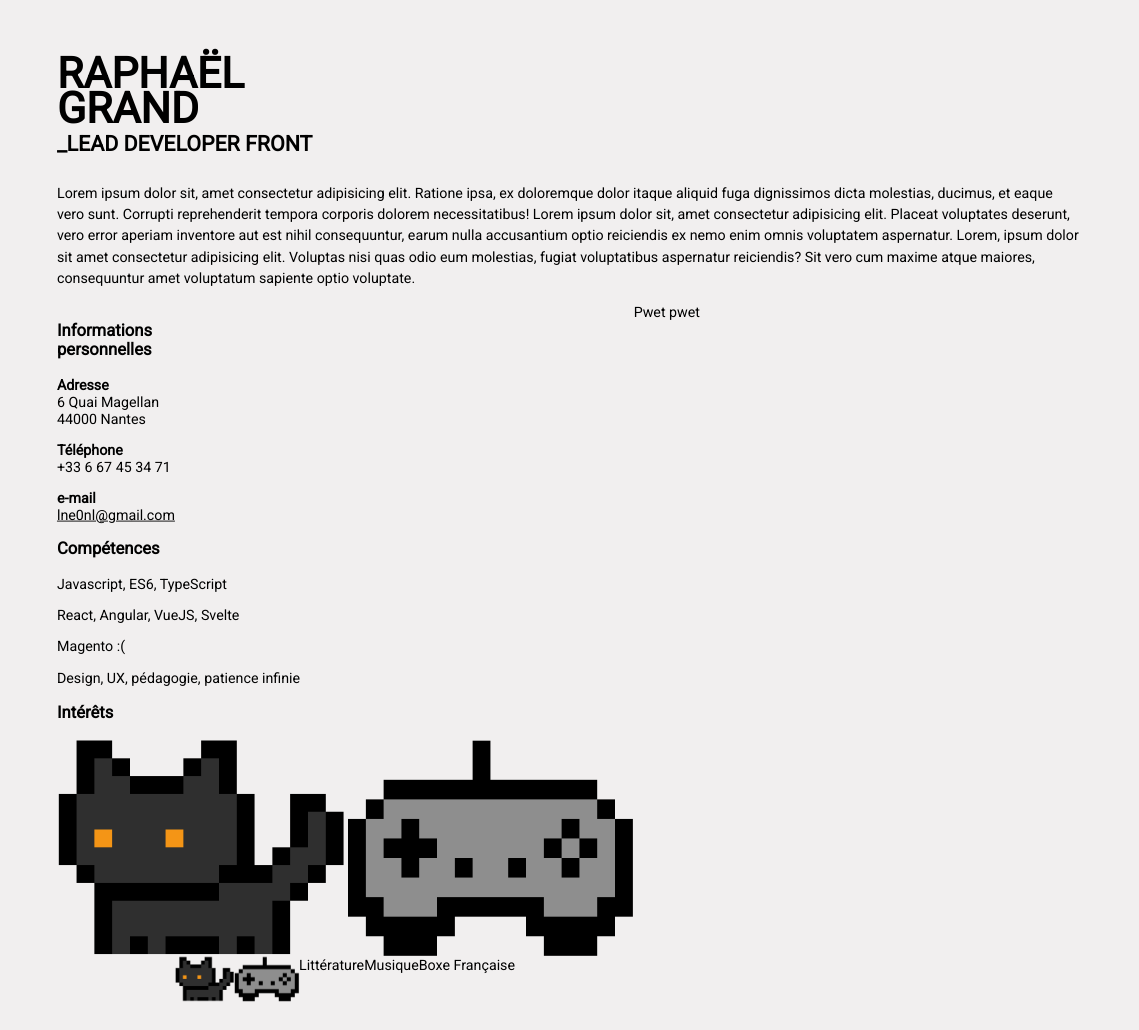
Repository: lne0nl/resume
Page: index.html
These files come from the project's save history. The page is drawn as it stood at one moment and after a run of saves; the edit follows.
The browser window is 1280 px wide. The pictures show the whole page, at 89% of full size.

Above is the page before, as saved 2021-12-10 10:44:09.

After the next 2 saves:
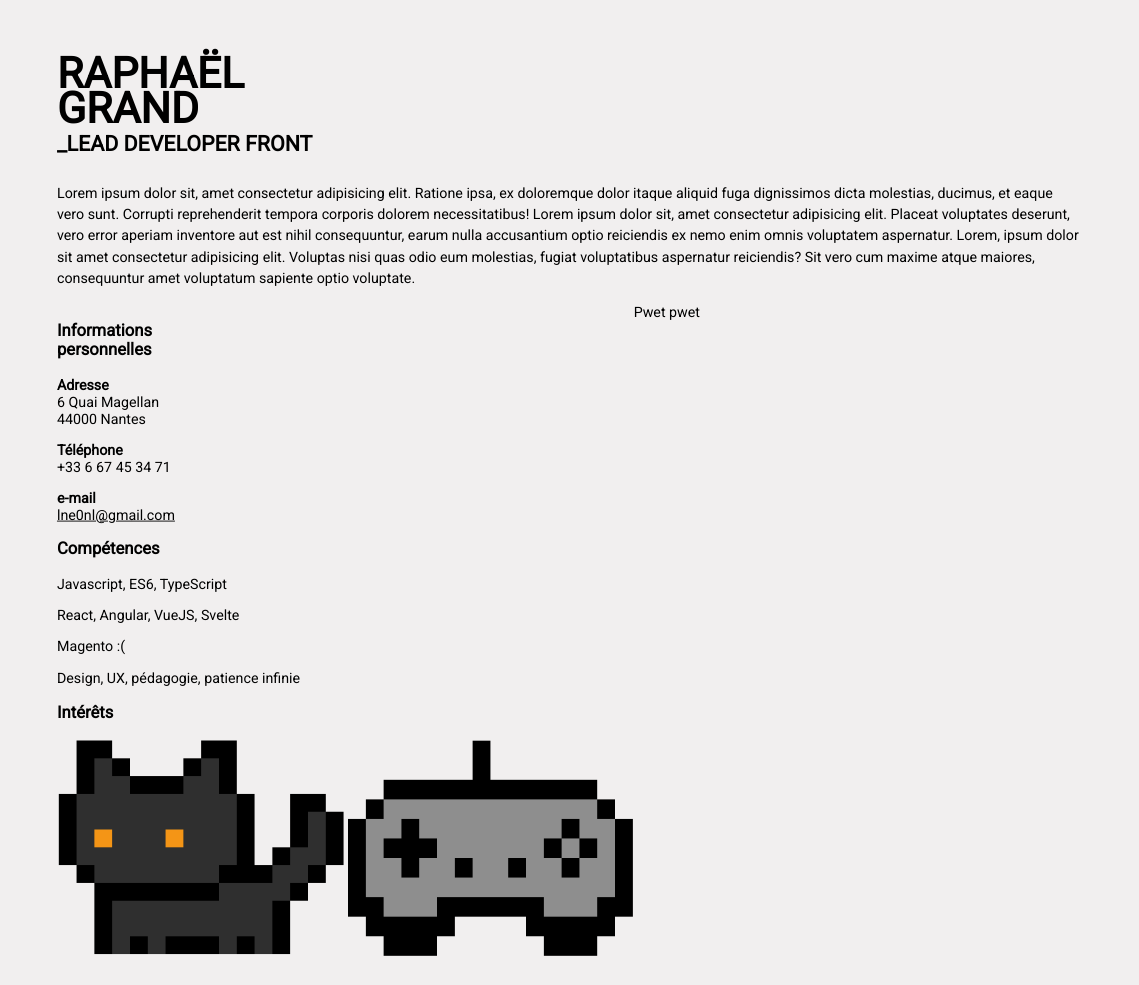
The 2 saves are shown as one change because they came seconds apart.
The last was saved 8 s later.
--- a/index.html
+++ b/index.html
@@ -62,16 +62,9 @@
         <article>
           <h3>Intérêts</h3>
           <div class="interests">
-            <img src="images/cat.png" alt="animals">
+            <img src="images/cat.png" alt="animals" title="Animaux">
             <img src="images/pad.png" alt="video games" title="Jeux Vidéo">
           </div>
-          <ul class="interests">
-            <li title="Animaux"><img src="images/cat.png" alt="animals"></li>
-            <li title="Jeux vidéo"><img src="images/pad.png" alt="video games"></li>
-            <li title="Littérature">Littérature</li>
-            <li title="Musique">Musique</li>
-            <li title="Boxe Française">Boxe Française</li>
-          </ul>
         </article>
       </section>
       <section class="resume">Pwet pwet</section>
